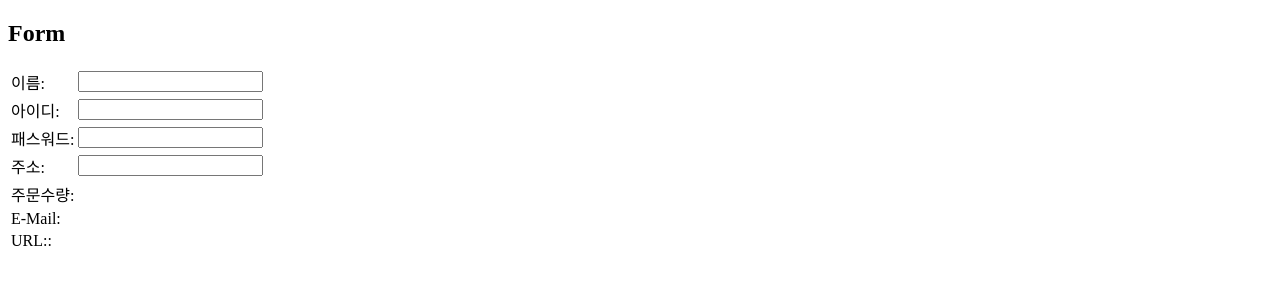
Repository: gyujin91/JSP
Page: web01/src/main/webapp/form.html
These files come from the project's save history. The page is drawn as it stood at one moment and after the next save; the edit follows.
The browser window is 1280 px wide. The pictures show the whole page.

Above is the page before, as saved 2022-04-22 05:06:34.

After the next save:
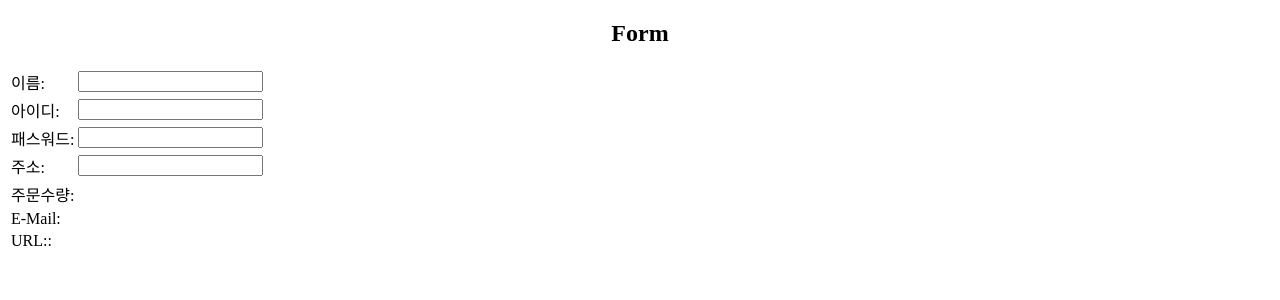
Saved 21 s later.
--- a/web01/src/main/webapp/form.html
+++ b/web01/src/main/webapp/form.html
@@ -4,7 +4,7 @@
 <meta charset="UTF-8">
 <link rel="stylesheet" type="text/css" href="">
 <style>
-.h2{text-align: center;}
+.form{text-align: center;}
 </style>
 
 <title>Form Sample</title>
